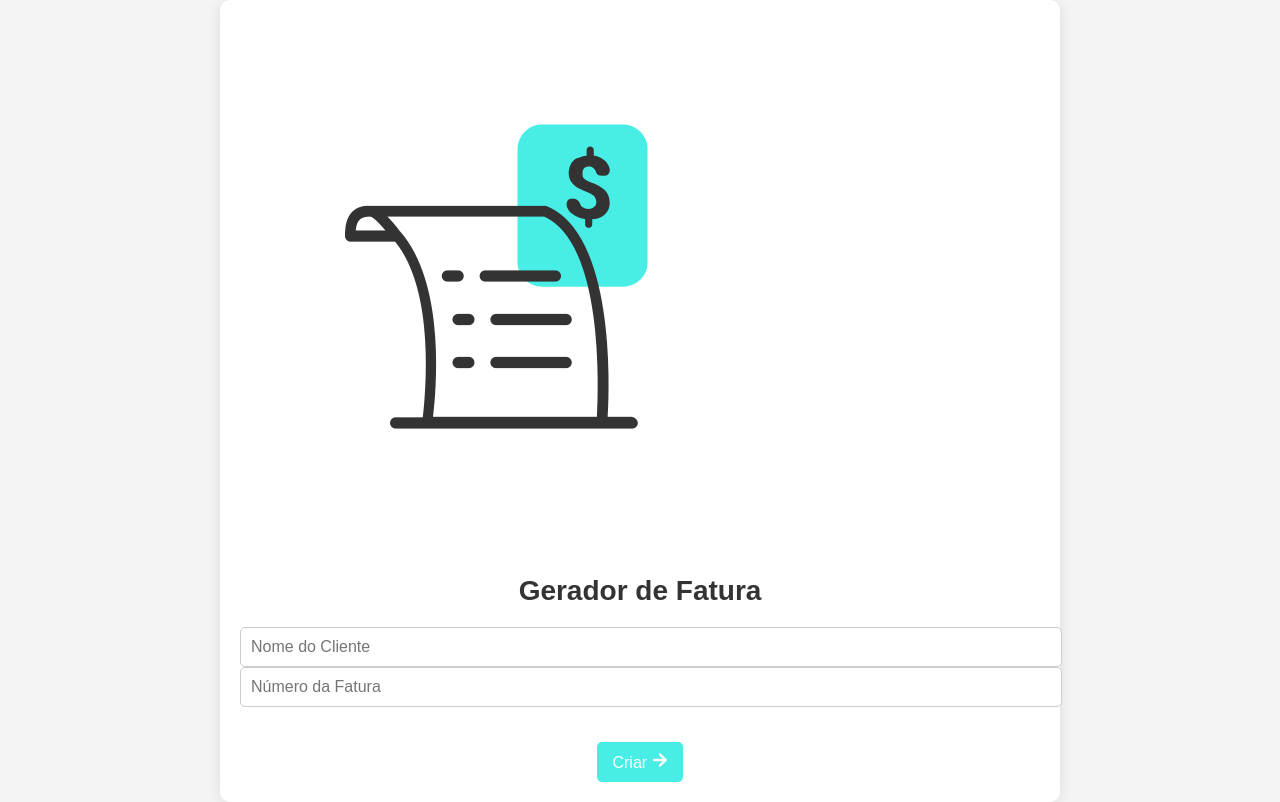
Repository: devthmedu/Invoice-Generator
Page: /
An editor plug-in stored every save of this project. The page is shown before and after the next save, followed by the edit.
The browser window is 1280 px wide. The pictures show the whole page.
The project was rebuilt for these pictures with package versions that can differ from the ones it lists, and the page was loaded fresh each time. Also part of the build but not shown: vite.config.js, src/Componete/Template.jsx.

Above is the page before, as saved 2024-07-16 19:11:42.

### index.html
<!DOCTYPE html>
<html lang="pt-BR">

<head>
  <meta charset="UTF-8" />
  <meta name="viewport" content="width=device-width, initial-scale=1.0" />
  <meta name="description" content="Gere sua fatura de forma simples e rápida com nosso gerador de faturas em React." />
  <meta name="keywords" content="fatura, gerador de faturas, React, financeiro" />
  <meta name="author" content="Thomas Eduardo" />
  <link rel="stylesheet" href="./src/App.css">
  <link rel="icon" href="./public/logo.png" />
  <title>Gere sua Fatura</title>
</head>


<body>
  <div id="root"></div>
  <script type="module" src="./src/main.jsx"></script>
</body>

</html>

### src/App.css
/* App.css */
body {
  font-family: 'Arial', sans-serif;
  background-color: #f4f4f4; /* Light background */
  margin: 0;
  padding: 0;
}

.container {
  max-width: 500px;
  margin: 100px auto; /* Centering */
  padding: 20px;
  background: white; /* Card style */
  border-radius: 10px; /* Rounded corners */
  box-shadow: 0 2px 10px rgba(0, 0, 0, 0.1); /* Soft shadow */
}

.title {
  text-align: center;
  color: #333; /* Dark text */
  margin-bottom: 20px;
}

.form {
  display: flex;
  flex-direction: column;
}

.inputs {
  margin-bottom: 15px;
}

input {
  padding: 10px;
  border: 1px solid #ccc; /* Light border */
  border-radius: 5px; /* Rounded corners */
  font-size: 16px;
  width: 100%; /* Full width */
}

input:disabled {
  background-color: #e9ecef; /* Light gray */
}

.buttons {
  display: flex;
  justify-content: center;
}

button {
  background-color: #48ede5; /* Primary color */
  color: white; /* White text */
  border: none;
  border-radius: 5px;
  padding: 10px 20px;
  font-size: 16px;
  cursor: pointer;
  transition: background 0.3s, transform 0.3s;
}

button:hover {
  background-color: #36b4d3; /* Darker shade on hover */
  transform: scale(1.05); /* Slight zoom effect */
}

button:disabled {
  background-color: #c0c0c0; /* Gray when disabled */
}

### src/main.jsx
import React from 'react';
import ReactDOM from 'react-dom';
import App from './App';
import 'react-toastify/dist/ReactToastify.css';
import { ToastContainer } from 'react-toastify';

ReactDOM.render(
  <React.StrictMode>
    <ToastContainer />
    <App />
  </React.StrictMode>,
  document.getElementById('root'),
);

### src/App.jsx
import React, { useState, useEffect } from 'react';
import './App.css';
import TemplatePdf from './Componete/Template';
import { FaArrowRight } from 'react-icons/fa';
import { toast } from 'react-toastify';
import logo from '/logo.png';

function App() {
  const [numeroDaFatura, setNumeroDaFatura] = useState('');
  const [nomeCliente, setNomeCliente] = useState('');
  const [data, setData] = useState('');
  const [visualizar, setVisualizar] = useState(true);
  const [loading, setLoading] = useState(false);

  useEffect(() => {
    const atual = new Date();
    const dataFormatada = `${String(atual.getDate()).padStart(2, '0')}/${String(
      atual.getMonth() + 1,
    ).padStart(2, '0')}/${atual.getFullYear()}`;
    setData(dataFormatada);
  }, []);

  const criar = () => {
    if (!numeroDaFatura.match(/^[0-9]+$/)) {
      toast.error('Por favor, insira um número de fatura válido.');
      return;
    }
    if (!nomeCliente) {
      toast.error('Por favor, insira o nome do cliente.');
      return;
    }
    setLoading(true);
    setTimeout(() => {
      toast.success('Fatura criada com sucesso!');
      setLoading(false);
      setVisualizar(false);
    }, 500); // Simulando um delay para uma chamada de API
  };

  return (
    <>
      {visualizar ? (
        <div className="container">
          <img src={logo} alt="Logo" className="logo" />
          <h1 className="title">Gerador de Fatura</h1>
          <div className="form">
            <div className="inputs">
              <input
                type="text"
                placeholder="Nome do Cliente"
                value={nomeCliente}
                onChange={(e) => setNomeCliente(e.target.value)}
                disabled={loading} // Desabilita o input durante o carregamento
              />
              <input
                type="text"
                placeholder="Número da Fatura"
                value={numeroDaFatura}
                onChange={(e) => setNumeroDaFatura(e.target.value)}
                disabled={loading} // Desabilita o input durante o carregamento
              />
            </div>
            <div className="buttons">
              <button onClick={criar} disabled={loading}>
                {loading ? 'Criando...' : 'Criar'} <FaArrowRight />
              </button>
            </div>
          </div>
        </div>
      ) : (
        <TemplatePdf
          NumeroDaFatura={numeroDaFatura}
          data={data}
          nomeCliente={nomeCliente}
        />
      )}
    </>
  );
}

export default App;

### src/Componete/Template.css
.container {
    max-width: 800px;
    margin: 0 auto;
    padding: 20px;
    background: #ffffff;
    border-radius: 10px;
    box-shadow: 0 2px 15px rgba(0, 0, 0, 0.1);
}

.logo {
    text-align: center;
    margin-bottom: 20px;
}

.logo img {
    max-width: 100px;
}

h1 {
    text-align: center;
    color: #48ede5;
    font-size: 28px;
    margin-bottom: 20px;
}

.client-info {
    margin-bottom: 20px;
    font-size: 16px;
    color: #333;
}

.table {
    width: 100%;
    border-collapse: collapse;
    margin-top: 20px;
}

.table thead {
    background: #48ede5;
    color: #ffffff;
}

.table th, .table td {
    padding: 12px;
    text-align: left;
    border-bottom: 1px solid #ddd;
}

.table th {
    font-size: 1.1em;
}

.table tbody tr:hover {
    background: #f1f1f1;
}

.text-right {
    text-align: right;
}

.buttons {
    margin-top: 20px;
}

.buttons button {
    padding: 10px 15px;
    background: #48ede5;
    color: white;
    border: none;
    border-radius: 5px;
    cursor: pointer;
    transition: background 0.3s ease;
}

.buttons button:hover {
    background: #36c5d7;
}

.dialog-title {
    display: flex;
    justify-content: space-between;
    align-items: center;
}

.dialog-title .hed {
    font-size: 1.5em;
    font-weight: bold;
    color: #48ede5;
}

.icon-cross {
    cursor: pointer;
}

.forms {
    display: flex;
    flex-direction: column;
}

.forms input {
    width: 100%;
    padding: 10px;
    margin: 5px 0;
    border: 1px solid #ccc;
    border-radius: 5px;
    transition: border-color 0.3s;
}

.forms input:focus {
    border-color: #48ede5;
    outline: none;
}

.notes {
    margin-top: 20px;
    color: #333;
}

.notes strong {
    display: block;
    margin-bottom: 5px;
}
.actions {
    margin-top: 20px;
    display: flex;
    justify-content: space-between;
}

.actions button {
    background-color: #48ede5; /* Cor do botão */
    color: #ffffff; /* Cor do texto */
    border: none;
    border-radius: 5px;
    padding: 10px 15px;
    font-size: 16px;
    cursor: pointer;
    transition: background 0.3s, transform 0.3s;
}

.actions button:hover {
    background-color: #1E1F23; /* Cor ao passar o mouse */
    transform: scale(1.05); /* Efeito de zoom */
}

After the next save:
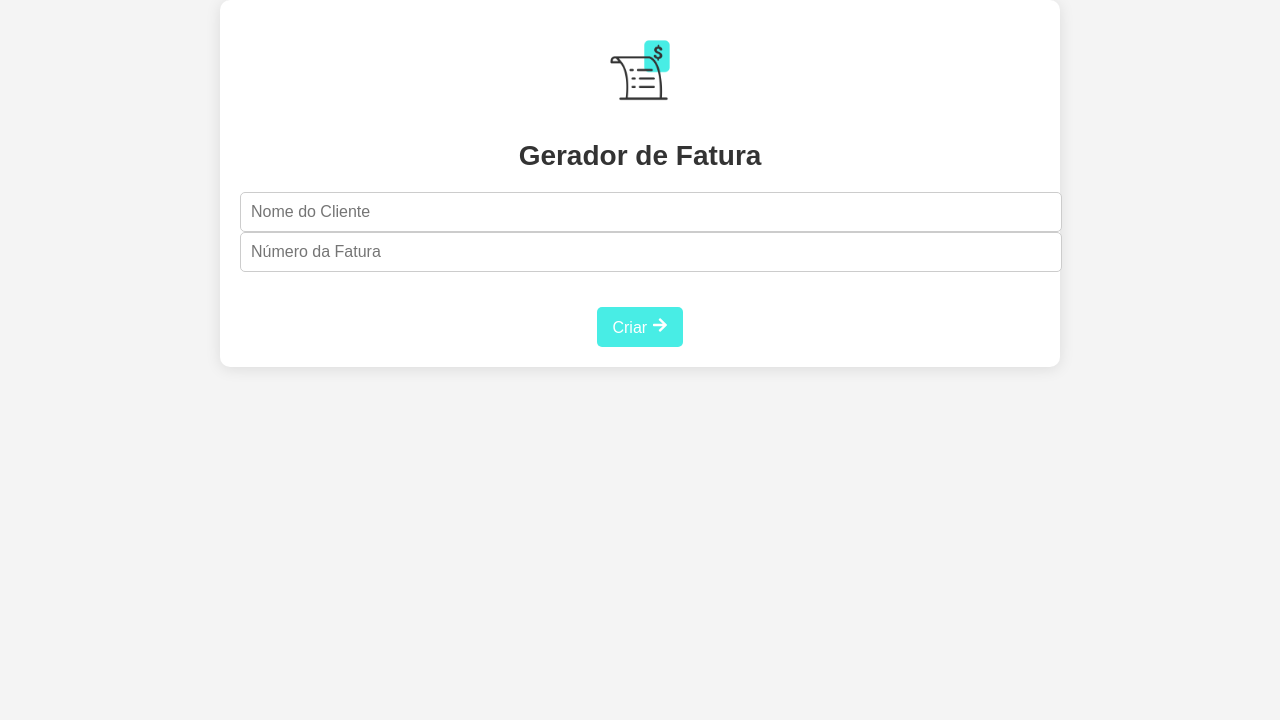
Saved 11 s later.
--- a/src/App.css
+++ b/src/App.css
@@ -1,23 +1,29 @@
 /* App.css */
 body {
   font-family: 'Arial', sans-serif;
-  background-color: #f4f4f4; /* Light background */
+  background-color: #f4f4f4; /* Fundo claro */
   margin: 0;
   padding: 0;
 }
 
 .container {
   max-width: 500px;
-  margin: 100px auto; /* Centering */
+  margin: 100px auto; /* Centralizando */
   padding: 20px;
-  background: white; /* Card style */
-  border-radius: 10px; /* Rounded corners */
-  box-shadow: 0 2px 10px rgba(0, 0, 0, 0.1); /* Soft shadow */
+  background: white; /* Estilo de cartão */
+  border-radius: 10px; /* Cantos arredondados */
+  box-shadow: 0 2px 10px rgba(0, 0, 0, 0.1); /* Sombra suave */
+}
+
+.logo {
+  display: block;
+  margin: 0 auto 20px; /* Centralizando a logo */
+  max-width: 100px; /* Limitar largura da logo */
 }
 
 .title {
   text-align: center;
-  color: #333; /* Dark text */
+  color: #333; /* Texto escuro */
   margin-bottom: 20px;
 }
 
@@ -32,14 +38,14 @@ body {
 
 input {
   padding: 10px;
-  border: 1px solid #ccc; /* Light border */
-  border-radius: 5px; /* Rounded corners */
+  border: 1px solid #ccc; /* Borda clara */
+  border-radius: 5px; /* Cantos arredondados */
   font-size: 16px;
-  width: 100%; /* Full width */
+  width: 100%; /* Largura total */
 }
 
 input:disabled {
-  background-color: #e9ecef; /* Light gray */
+  background-color: #e9ecef; /* Cinza claro */
 }
 
 .buttons {
@@ -48,8 +54,8 @@ input:disabled {
 }
 
 button {
-  background-color: #48ede5; /* Primary color */
-  color: white; /* White text */
+  background-color: #48ede5; /* Cor primária */
+  color: white; /* Texto branco */
   border: none;
   border-radius: 5px;
   padding: 10px 20px;
@@ -59,10 +65,10 @@ button {
 }
 
 button:hover {
-  background-color: #36b4d3; /* Darker shade on hover */
-  transform: scale(1.05); /* Slight zoom effect */
+  background-color: #36b4d3; /* Sombra mais escura ao passar o mouse */
+  transform: scale(1.05); /* Leve efeito de zoom */
 }
 
 button:disabled {
-  background-color: #c0c0c0; /* Gray when disabled */
+  background-color: #c0c0c0; /* Cinza quando desabilitado */
 }
